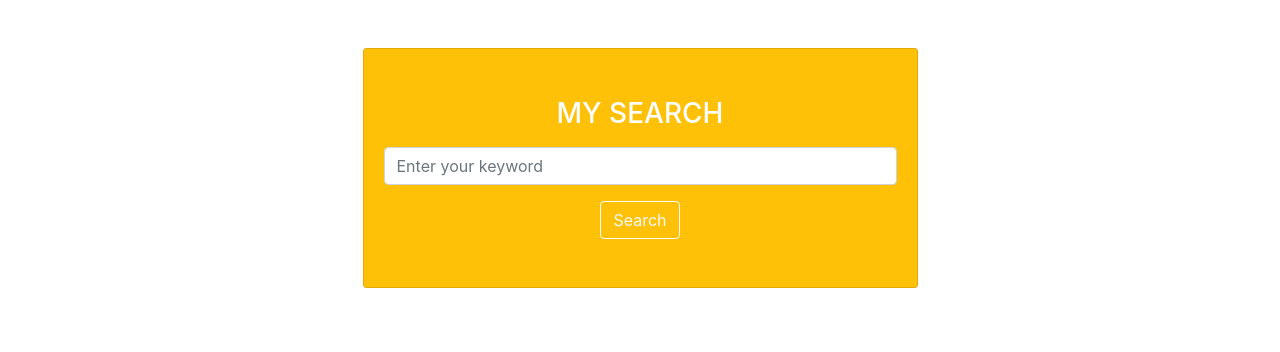
Repository: GovindParve/spring_mvc_maven_search_project
Page: http://localhost/springmvcsearch/home
These files come from the project's save history. The page is drawn as it stood at one moment and after the next save; the edit follows.
The browser window is 1280 px wide. The pictures show the whole page.
Some web libraries are served in a nearby version. The page is served by Tomcat 9.

Above is the page before, as saved 2023-06-18 11:56:12.

After the next save:
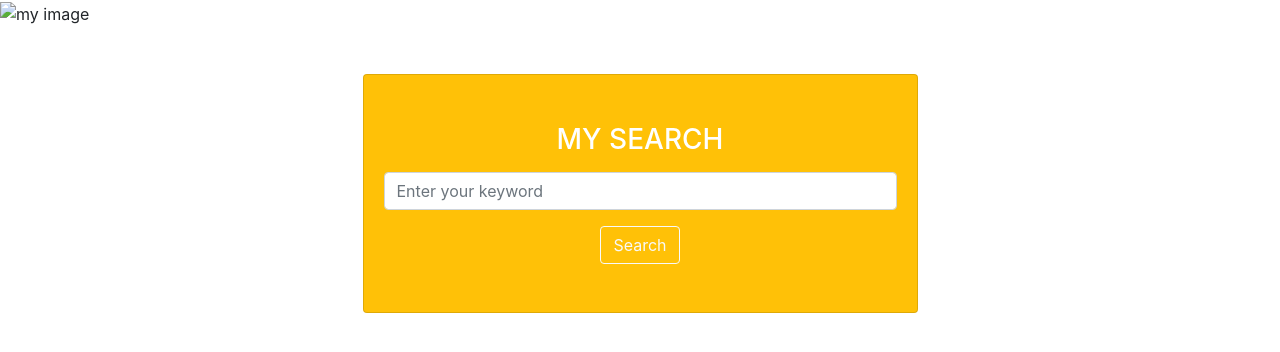
Saved 53 s later.
--- a/springmvcsearch/src/main/webapp/WEB-INF/views/home.jsp
+++ b/springmvcsearch/src/main/webapp/WEB-INF/views/home.jsp
@@ -18,6 +18,7 @@
     <title>Hello, world!</title>
   </head>
   <body>
+  	<img alt="my image" src="<c:url value="/resources/js/script.js" />">
     <div class="container">
     	<div class="card mx-auto mt-5 bg-warning" style="width: 50%">
     		<div class="card-body py-5">
